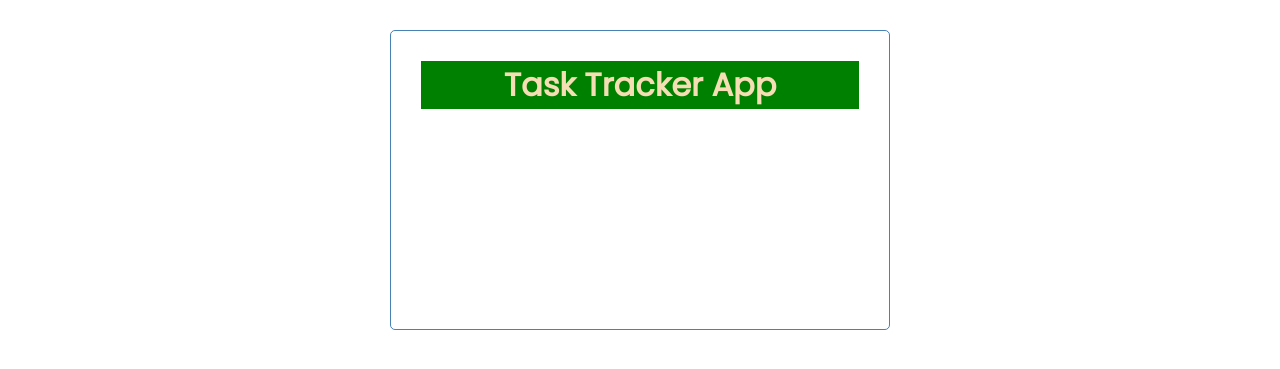
Repository: feyroozecode/task_tracker
Page: /
These files come from the project's save history. The page is drawn as it stood at one moment and after a run of saves; the edit follows.
The browser window is 1280 px wide. The pictures show the whole page.
The project was rebuilt for these pictures with package versions that can differ from the ones it lists, and the page was loaded fresh each time.

Above is the page before, as saved 2023-10-19 16:07:54.

After the next 2 saves:
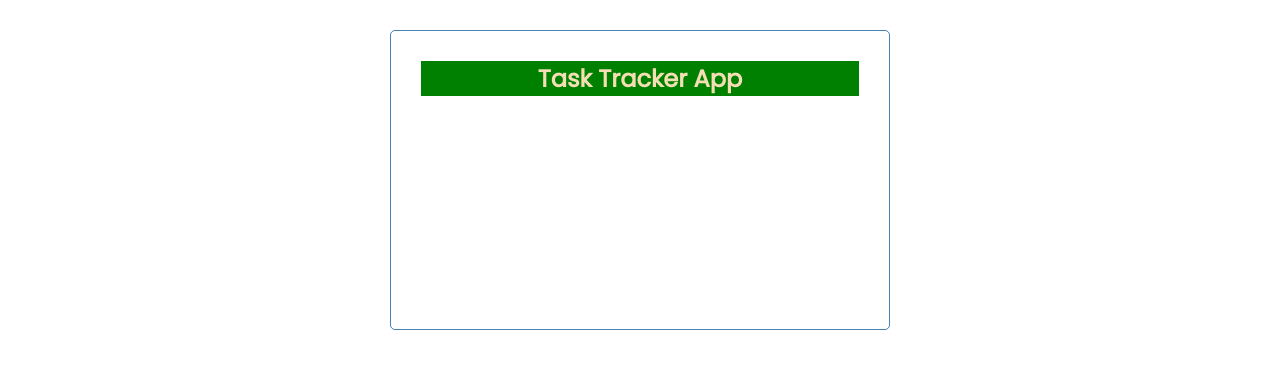
The 2 saves are shown as one change because 1 did not build or start.
The last was saved 4 min 7 s later.
--- a/src/components/Header.js
+++ b/src/components/Header.js
@@ -3,7 +3,7 @@ import PropTypes from 'prop-types'
 const Header = ({ title }) => {
     return (
         <header>
-            <h1 style={headingStyles}> { title } </h1>
+            <h2 style={headingStyles}> { title } </h2>
         </header>
     )
 }
